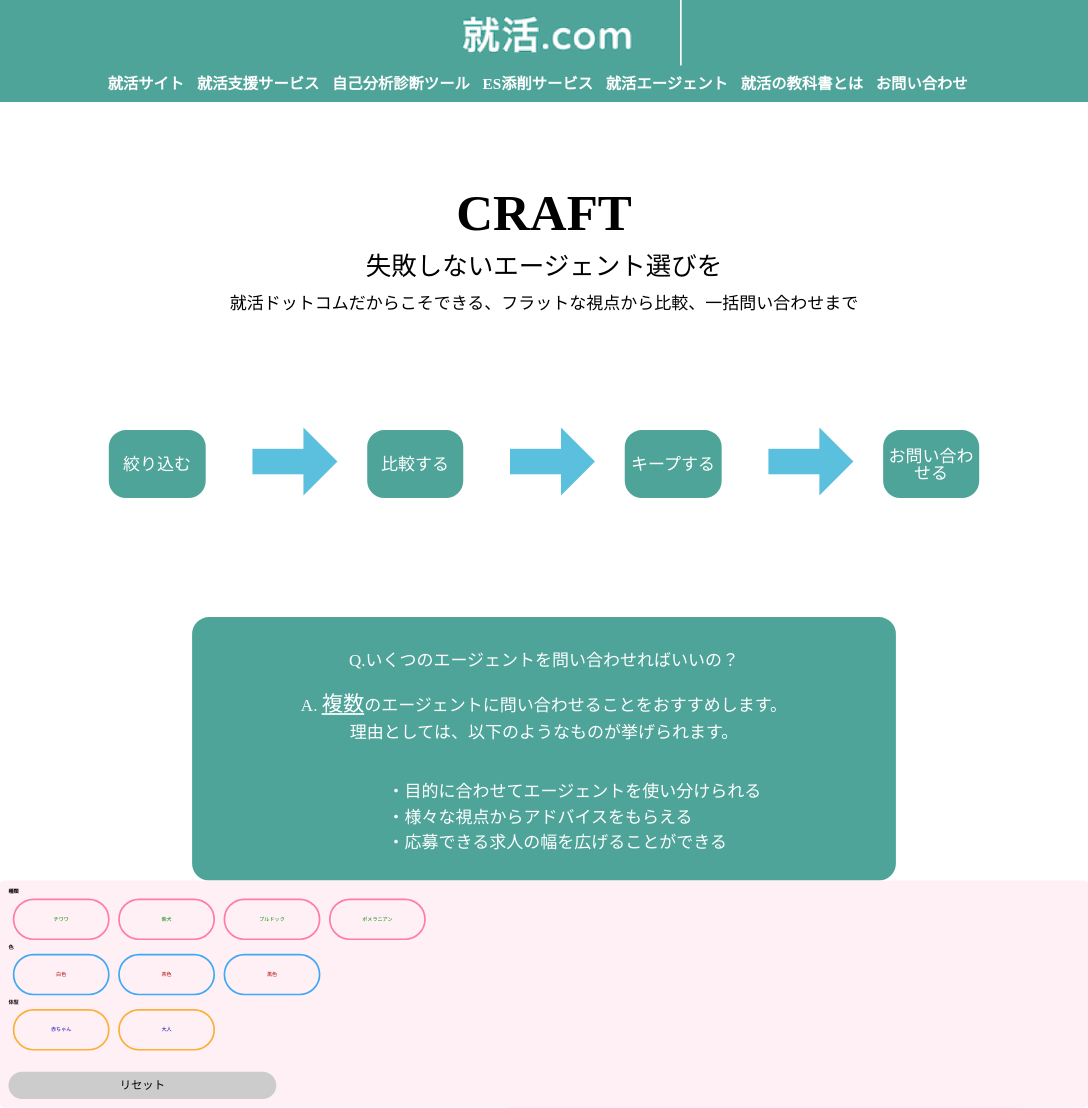
Repository: posse-ap/-teamdev-2022-posse2-team2E-
Page: src/index.html
The author's editor kept a copy of each file at every save. The page is drawn from the files as they stood at one save, then again after the next save.
The browser window is 1280 px wide. The pictures show the whole page, at 85% of full size.

Above is the page before, as saved 2022-04-19 16:53:38.
Console error: ReferenceError: $ is not defined

After the next save:
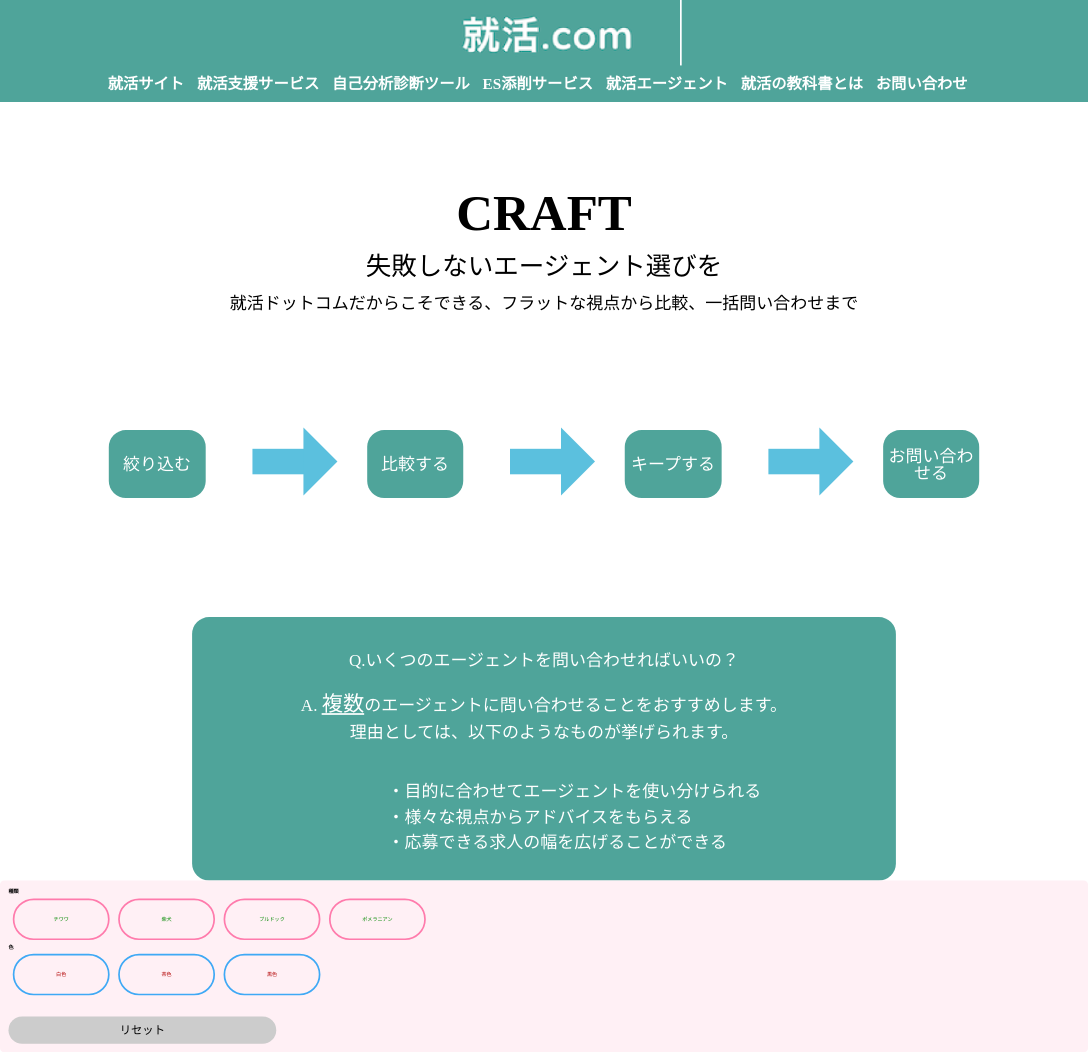
Saved 52 s later.
--- a/src/index.html
+++ b/src/index.html
@@ -95,7 +95,7 @@
                                     </li>
                             </ul>
                     </div>
-                    <div class="search-box type">
+                    <!-- <div class="search-box type">
                             <h2 class="search-box_label">体型</h2>
                             <ul>
                                     <li><input type="radio" name="type" value="赤ちゃん" id="baby"><label for="baby"
@@ -105,7 +105,7 @@
                                                     class="label">大人</label>
                                     </li>
                             </ul>
-                    </div>
+                    </div> -->
                     <div class="reset">
                             <input type="reset" name="reset" value="リセット" class="reset-button">
                     </div>
